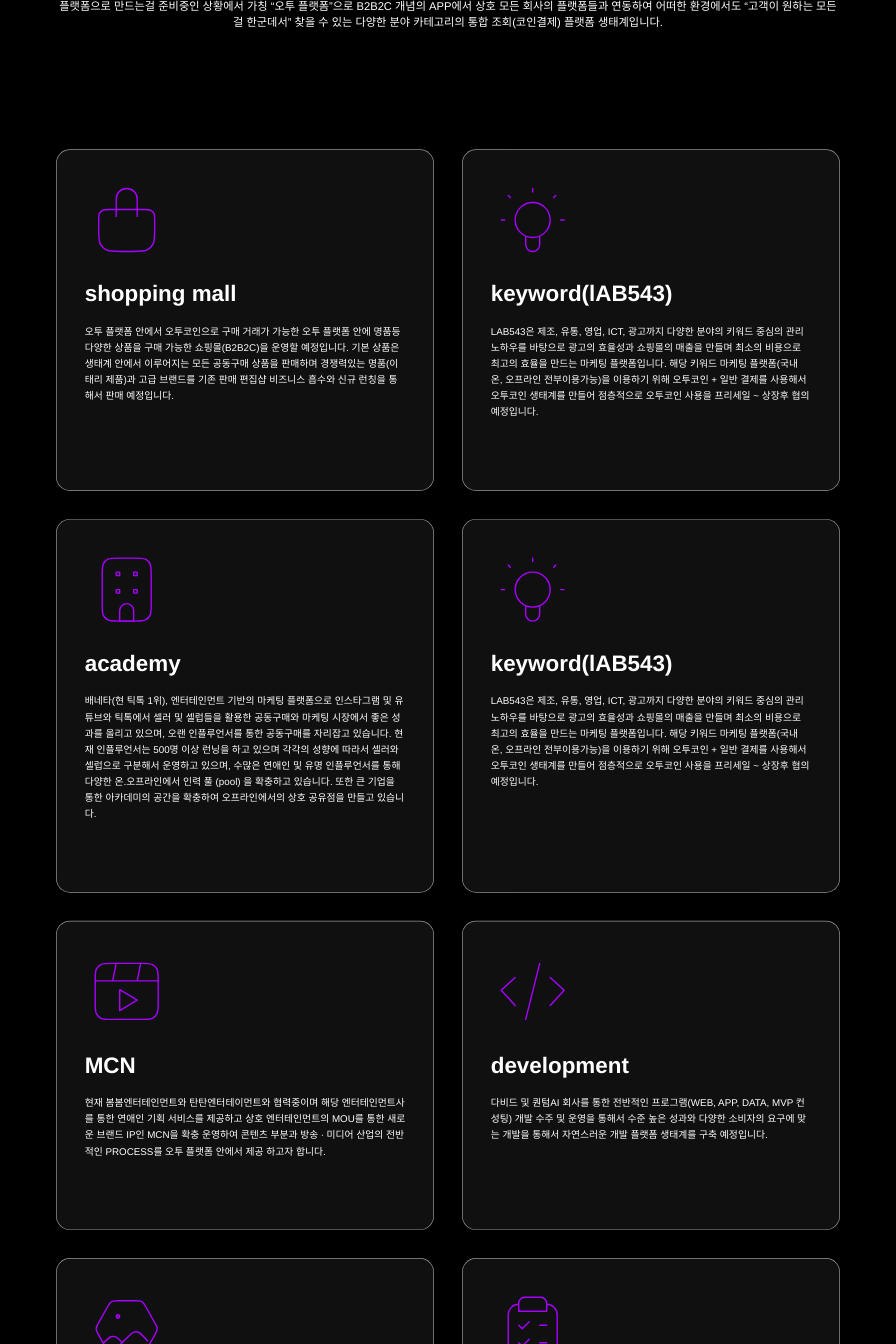
Repository: songhun115/Otwo
Page: service.html
These files come from the project's save history. The page is drawn as it stood at one moment and after the next save; the edit follows.
The browser window is 1280 px wide. The pictures show the part of the page from y = 555 to 2475 px (the page is 4975 px tall), at 70% of full size.

Above is the page before, as saved 2022-11-18 11:42:10.
Not found: js/three.js

After the next save:
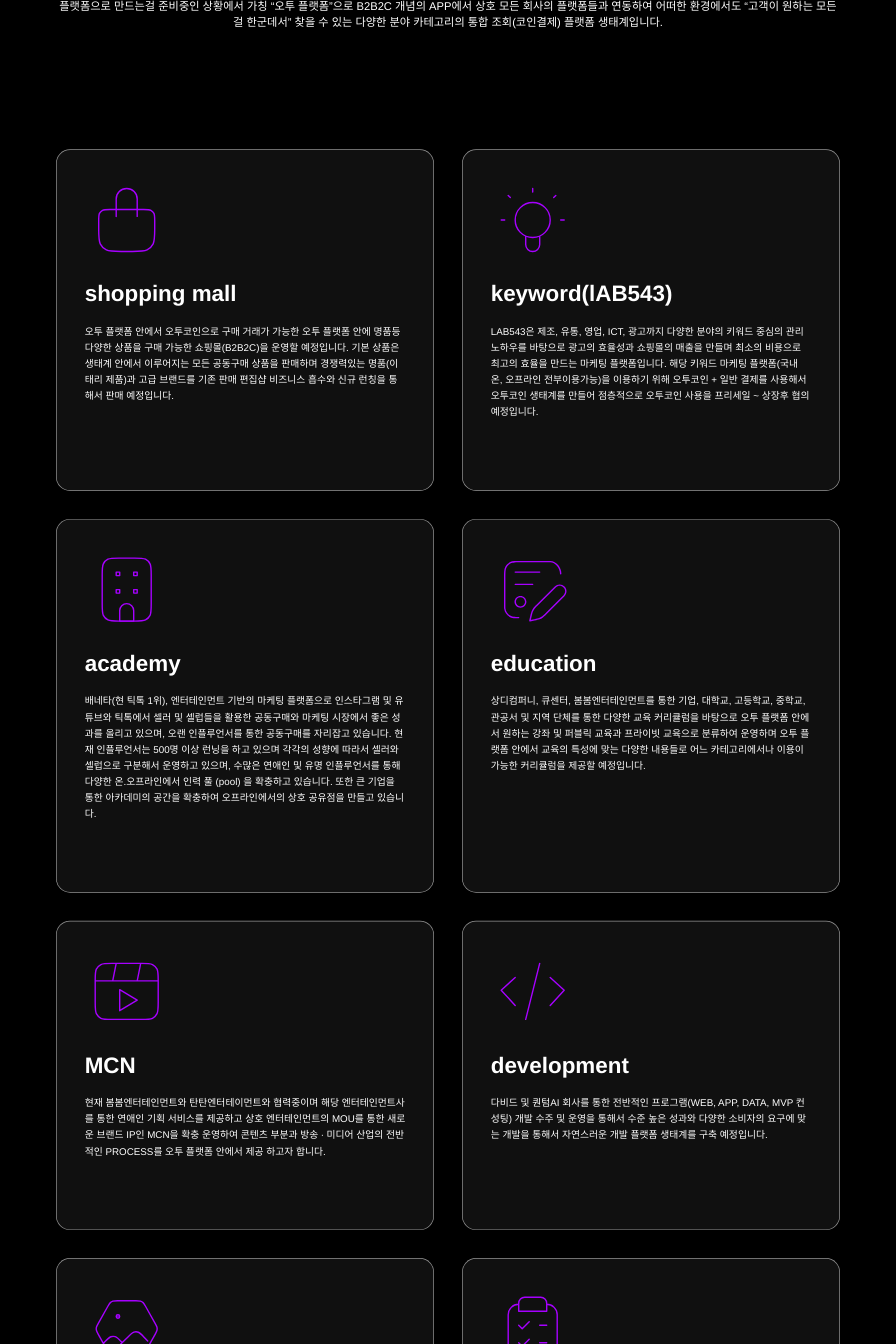
Saved 19 s later.
--- a/service.html
+++ b/service.html
@@ -74,11 +74,10 @@
             </li>
             <li class="platform-item">
                 <div class="platform-img">
-                    <img src="img/keywrod.svg" alt="">
-                </div>
-                <div class="platform-category">keyword(lAB543)</div>
-                <div class="platform-con">LAB543은 제조, 유통, 영업, ICT, 광고까지 다양한 분야의 키워드 중심의 관리 노하우를 바탕으로 광고의 효율성과 쇼핑몰의 매출을 만들며 최소의 비용으로 최고의 효율을 만드는 마케팅 플랫폼입니다.
-                    해당 키워드 마케팅 플랫폼(국내 온, 오프라인 전부이용가능)을 이용하기 위해 오투코인 + 일반 결제를 사용해서 오투코인 생태계를 만들어 점층적으로 오투코인 사용을 프리세일 ~ 상장후 협의 예정입니다. </div>
+                    <img src="img/education.svg" alt="">
+                </div>
+                <div class="platform-category">education</div>
+                <div class="platform-con">상디컴퍼니, 큐센터, 봄봄엔터테인먼트를 통한 기업, 대학교, 고등학교, 중학교, 관공서 및 지역 단체를 통한 다양한 교육 커리큘럼을 바탕으로 오투 플랫폼 안에서 원하는 강좌 및 퍼블릭 교육과 프라이빗 교육으로 분류하여 운영하며 오투 플랫폼 안에서 교육의 특성에 맞는 다양한 내용들로 어느 카테고리에서나 이용이 가능한 커리큘럼을 제공할 예정입니다.</div>
             </li>
             <li class="platform-item">
                 <div class="platform-img">
